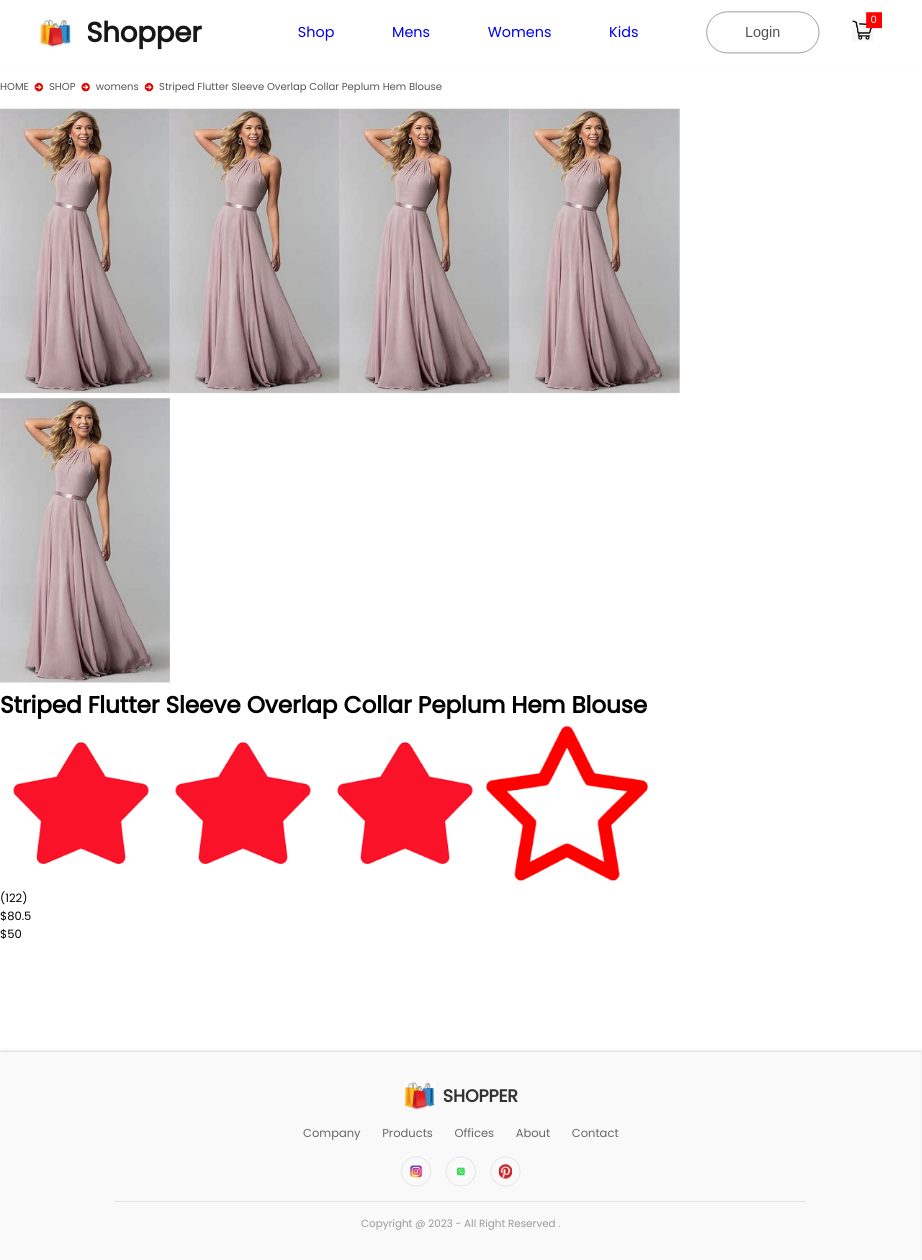
Repository: sshaiv/Shoppie_EcommerceAPP
Page: /product/1
An editor plug-in stored every save of this project. The page is shown before and after a run of saves, followed by the edit.
The browser window is 1280 px wide. The pictures show the whole page, at 72% of full size.
The project was rebuilt for these pictures with package versions that can differ from the ones it lists, and the page was loaded fresh each time. Also part of the build but not shown: src/App.css, src/Components/Pages/CSS/ShopCategory.css, src/Components/Item/Item.css, src/Components/Item/Item.jsx, src/Components/Pages/ShopCategory.jsx, src/Components/ProductDisplay/ProductDisplay.css, src/Components/Pages/Cart.jsx, src/Components/Pages/CSS/LoginSignup.css and 14 more.

Above is the page before, as saved 2024-07-16 21:52:06.

After the next 2 saves:
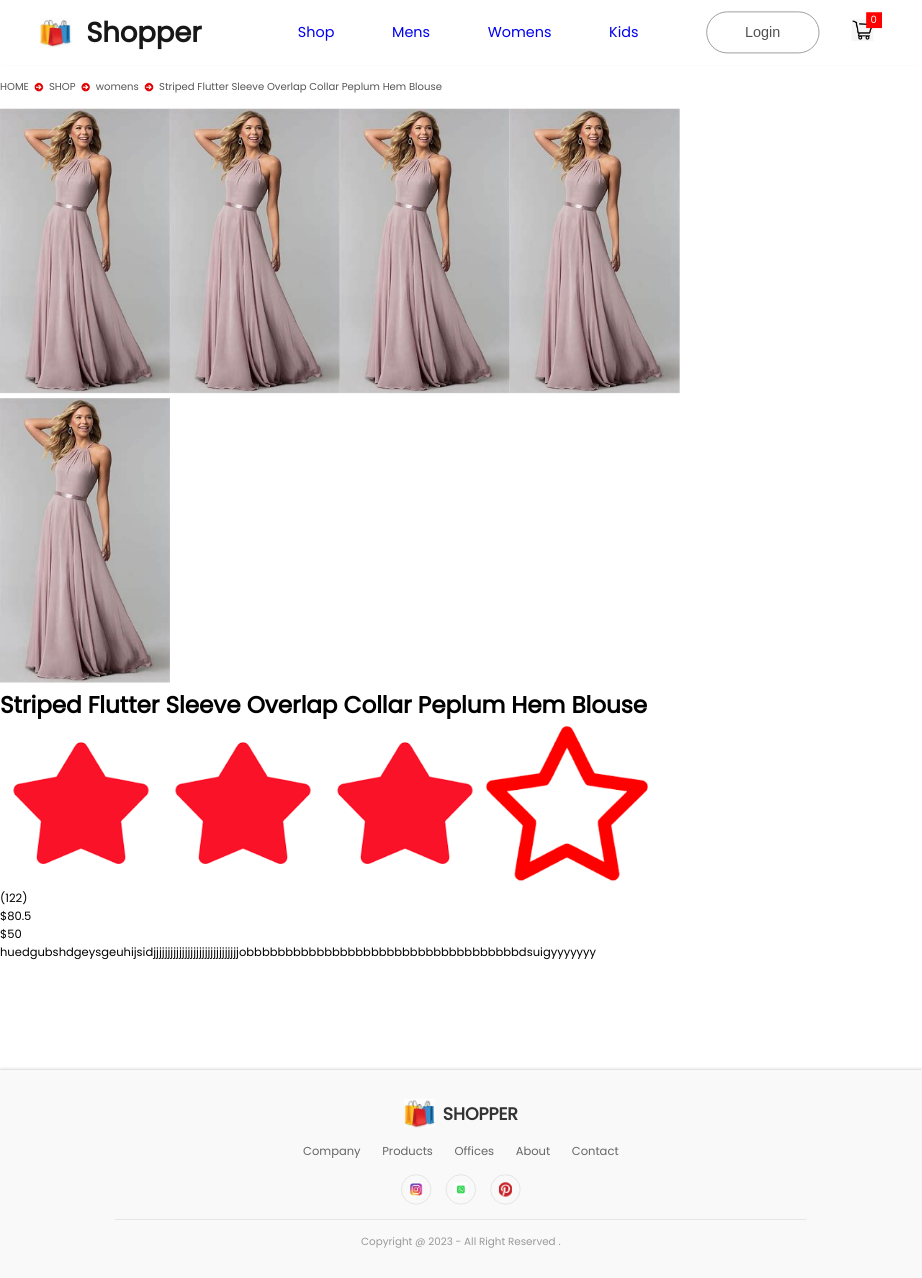
The 2 saves are shown as one change because they came seconds apart.
The last was saved 21 s later.
--- a/src/Components/ProductDisplay/ProductDisplay.jsx
+++ b/src/Components/ProductDisplay/ProductDisplay.jsx
@@ -37,8 +37,9 @@ const ProductDisplay = (props) => {
 
         </div>
         <div className="productdisplay-right-description">
+            huedgubshdgeysgeuhijsidjjjjjjjjjjjjjjjjjjjjjjjjjjjjjjobbbbbbbbbbbbbbbbbbbbbbbbbbbbbbbbbbbdsuigyyyyyyy
+        </div>
 
-        </div>
       </div>
     </div>
   );
